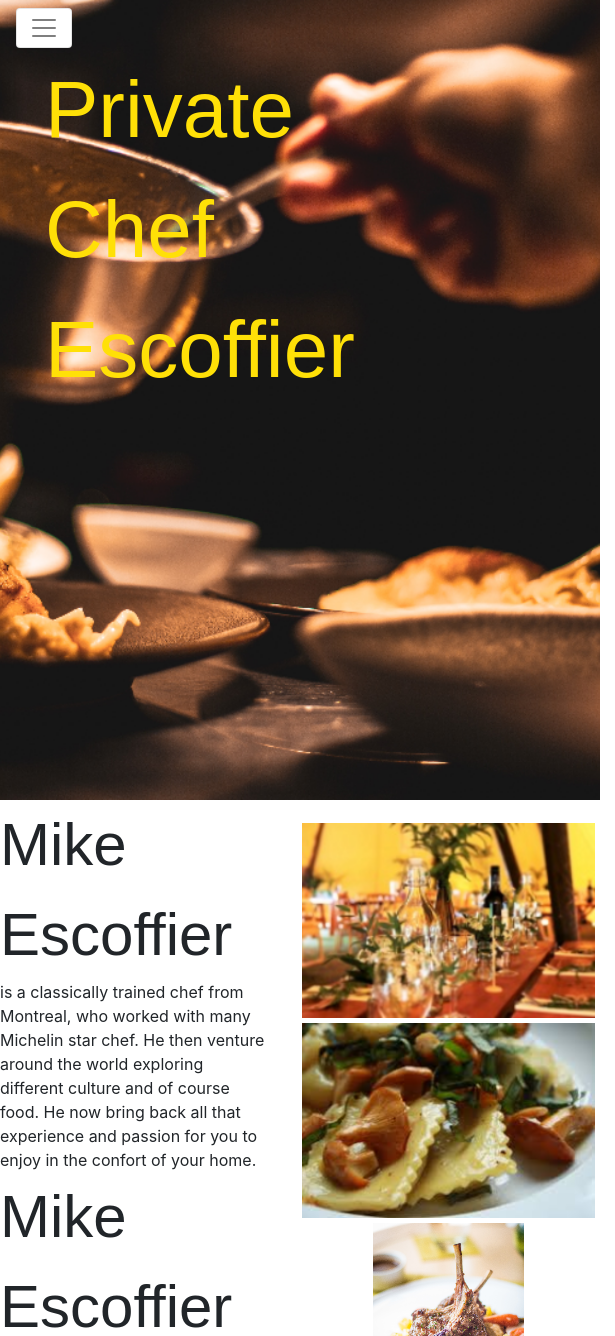
Repository: Mrsebastino/First-Milestone
Page: index.html
The author's editor kept a record of every edit. The page is drawn from the files as they stood at one moment, then again after the next edit.
The browser window is 600 px wide. The page is 615 px wide, so the pictures cover 615 px, including what lies to the right of the window. The pictures show the part of the page from y = 0 to 1336 px (the page is 2998 px tall before and 2624 px after).
Pictures or frames that could not be fetched are drawn as grey boxes. Backgrounds fixed to the window are drawn as part of the page. Some web fonts or font styles are not loaded; a fallback is used. Some web libraries are served in a nearby version.

Above is the page before.

After the next edit:
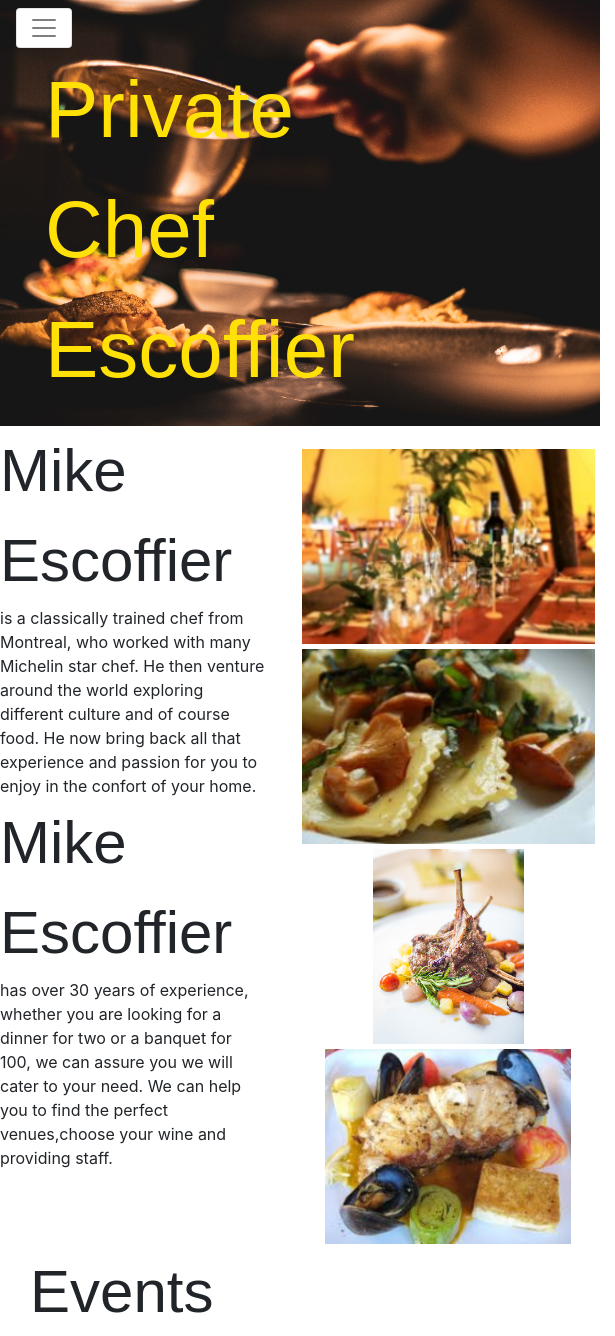
The edit:
--- a/assets/css/style.css
+++ b/assets/css/style.css
@@ -317,4 +317,8 @@
         padding-top: 5px;
         padding-bottom: 5px;
     }
-}
+    .container-landing-page {
+        height:auto;
+
+    }
+}
